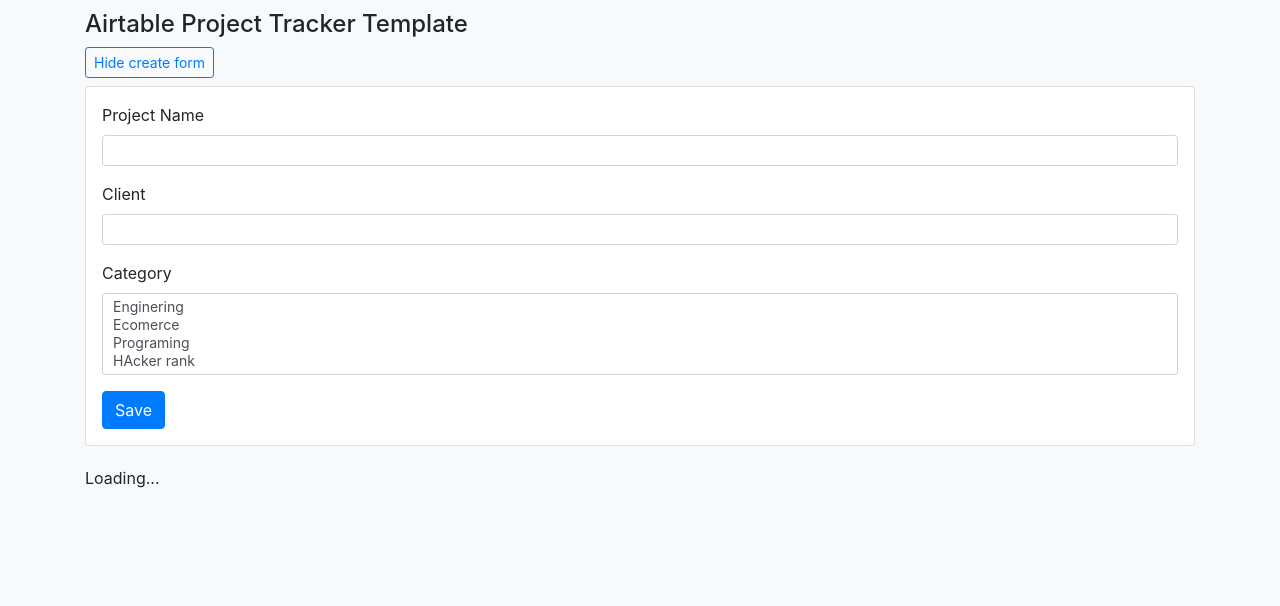
Repository: vilgaxDev/Airtable
Page: /, after clicking the first element matching `button.btn`
These files come from the project's save history. The page is drawn as it stood at one moment and after the next save; the edit follows.
The browser window is 1280 px wide. The pictures show the whole page.
The page's requests for data from a server got no answer. The project was rebuilt for these pictures with package versions that can differ from the ones it lists, and the page was loaded fresh each time. No one was signed in, and anything a server would have sent is missing.

Above is the page before, as saved 2021-11-09 16:44:42.

### src/index.css
body {
  background-color: #f8f9fa;
  margin-top: 10px;
}

### src/App.js
import React from 'react';
import './App.css';
import { CreateForm } from './CreateForm';

class App extends React.Component {
  constructor(props) {
    super(props);
    this.state = {
      records: [],
      visibility: false
    };

    this.listRecords = this.listRecords.bind(this);
    this.toggleVisibility = this.toggleVisibility.bind(this);
  }

  componentDidMount() {
    this.listRecords();
  }
  listRecords() {
    fetch('/.netlify/functions/airtable/airtable.js')
      .then(response => response.json())
      .then(records => {
        this.setState({
          records
        });
      })
      .catch((error) => {
        console.error('Error:', error);
      });
  }

  toggleVisibility(){
    this.setState({
      visibility: !this.state.visibility
    })
  }

  render() {
    return (
      <div>
        <div className="container">
          <h4 className="mt-20">Airtable Project Tracker Template</h4>

          <button onClick={this.toggleVisibility} className="btn btn-outline-primary btn-sm mb-2">{this.state.visibility ? 'Hide' : 'Show'} create form</button>
          {this.state.visibility ?
            <CreateForm listRecords={this.listRecords}/>
          : null}

          <ul className="list-group">
            {this.state.records.length > 0 ? ( this.state.records.map((record, index) =>
              <li key={'entry_' + index} className="list-group-item d-flex">
                <div className="p-1 flex-grow-1">{record.fields['Text']}</div>
                <div className="p-1 d-flex justify-content-between">
                  {record.fields['Tags'].map((tag, i) => <span key={'tag_' + i} className="badge badge-primary badge-pill">{tag}</span>)}
                </div>
                <div className="p-1">{record.fields['Date']}</div>
              </li>) ) : (<p>Loading...</p>)
            }
          </ul>
        </div>
      </div>
    )
  }
}

export default App;

### src/App.css
.card {
  margin-bottom: 1.25rem;
}
.card-body {
  padding: 1rem 1rem 0.5rem;
}

### src/CreateForm.js
import React from 'react';

export class CreateForm extends React.Component {
  constructor(props) {
    super(props);
    this.state = {
      text: '',
      tags: []
    };

    this.handleInputChange = this.handleInputChange.bind(this);
    this.handleSubmit = this.handleSubmit.bind(this);
  }

  handleInputChange(event) {
    const target = event.target;

    const value = target.name === 'tags' ? [] : target.value;
    // to fill multiple select
    if (target.name === 'tags') {
      const options = target.options;
      for (var i = 0, l = options.length; i < l; i++) {
        if (options[i].selected) {
          value.push(options[i].value);
        }
      }
    }

    const name = target.name;

    this.setState({
      [name]: value
    });
  }

  handleSubmit(event) {
    event.preventDefault();
    const data = {
      text: this.state.text,
      tags: this.state.tags,
      tags: this.state.books,
    }
    fetch('/.netlify/functions/airtable/airtable.js', {
      method: 'POST', // or 'PUT'
      headers: {
        'Content-Type': 'application/json',
      },
      body: JSON.stringify(data)
    })
    .then(() => this.props.listRecords())
    .catch((error) => {
      console.error('Error:', error);
    });

    this.setState({
      text: '',
      tags: []
    });
  }

  render() {
    return (
      <div className="card">
        <div className="card-body">
          <form onSubmit={this.handleSubmit}>
              <div className="form-group">
                <label>Project Name</label>
                <input
                  name="text"
                  type="text"
                  value={this.state.text}
                  onChange={this.handleInputChange}
                  className="form-control form-control-sm"
                  required/>
              </div>
              <div className="form-group">
                <label>Client</label>
                <input
                  name="text"
                  type="text"
                  value={this.state.text}
                  onChange={this.handleInputChange}
                  className="form-control form-control-sm"
                  required/>
              </div>
              <div className="form-group">
                <label>Category</label>
                <select name="Category," multiple={true} value={this.state.books} onChange={this.handleInputChange} className="form-control form-control-sm" required>
                  <option value="Enginering ">Enginering</option>
                  <option value="Ecomerce">Ecomerce</option>
                  <option value="Programing">Programing</option>
                  <option value="HAcker rank">HAcker rank</option>
                </select>
              </div>

              <div>
                <input type="submit" value="Save" className="btn btn-primary mb-2"/>
              </div>
          </form>
      </div>
    </div>
    );
  }
}

Loaded but not shown: public/index.html (common file); src/index.js (common file); src/serviceWorker.js (common file)

After the next save:
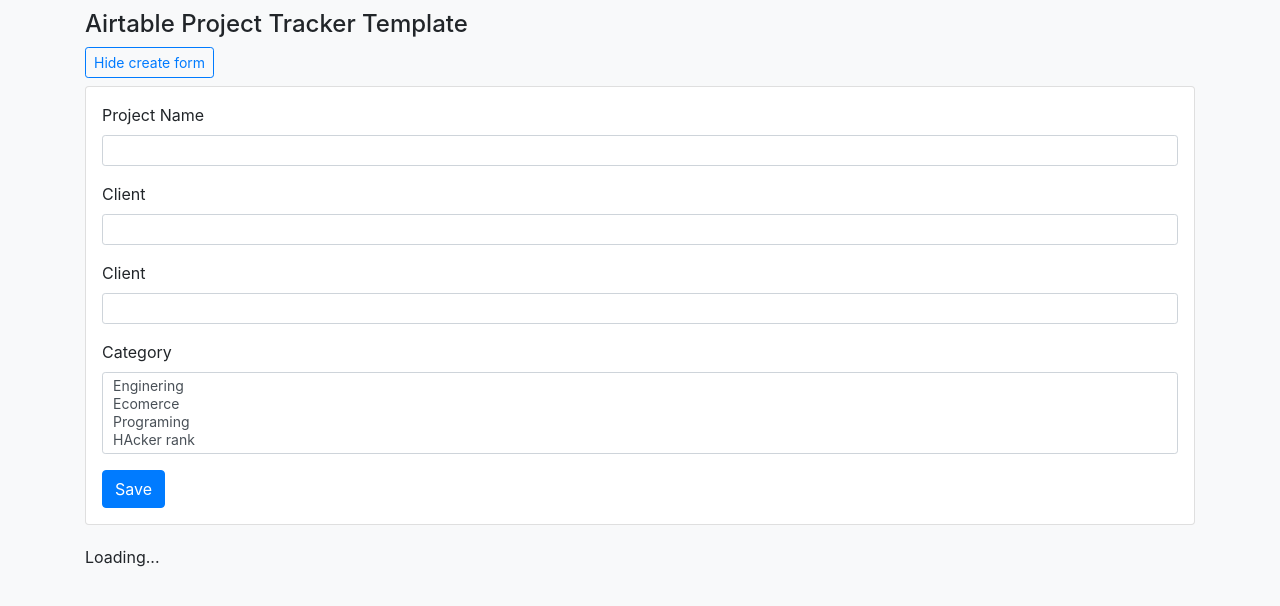
Saved 7 s later.
--- a/src/CreateForm.js
+++ b/src/CreateForm.js
@@ -84,6 +84,16 @@
                   required/>
               </div>
               <div className="form-group">
+                <label>Client</label>
+                <input
+                  name="text"
+                  type="text"
+                  value={this.state.text}
+                  onChange={this.handleInputChange}
+                  className="form-control form-control-sm"
+                  required/>
+              </div>
+              <div className="form-group">
                 <label>Category</label>
                 <select name="Category," multiple={true} value={this.state.books} onChange={this.handleInputChange} className="form-control form-control-sm" required>
                   <option value="Enginering ">Enginering</option>
